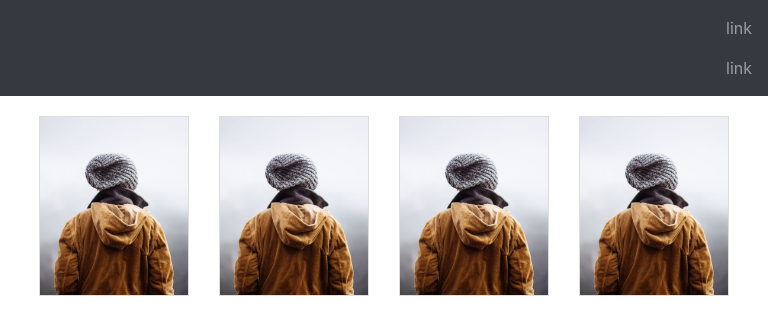
Repository: jwsimhj97/jwork_n
Page: JSPProject/WebContent/03-08/bootexam.html
An editor plug-in stored every save of this project. The page is shown before and after the next save, followed by the edit.
The browser window is 768 px wide. The pictures show the whole page.

Above is the page before, as saved 2022-03-08 06:48:50.

### JSPProject/WebContent/03-08/bootexam.html
<!DOCTYPE html>
<html lang="en">
<head>
  <title>Bootstrap Example</title>
  <meta charset="utf-8">
  <meta name="viewport" content="width=device-width, initial-scale=1">
  <link rel="stylesheet" href="https://cdn.jsdelivr.net/npm/bootstrap@4.6.1/dist/css/bootstrap.min.css">
  <link rel="stylesheet" href="https://use.fontawesome.com/releases/v5.7.0/css/all.css" integrity="sha384-lZN37f5QGtY3VHgisS14W3ExzMWZxybE1SJSEsQp9S+oqd12jhcu+A56Ebc1zFSJ" crossorigin="anonymous">
  <script src="https://cdn.jsdelivr.net/npm/jquery@3.5.1/dist/jquery.slim.min.js"></script>
  <script src="https://cdn.jsdelivr.net/npm/popper.js@1.16.1/dist/umd/popper.min.js"></script>
  <script src="https://cdn.jsdelivr.net/npm/bootstrap@4.6.1/dist/js/bootstrap.bundle.min.js"></script>
  <style>
  	.jumbotron{margin-bottom:0px !important;}
  	img{width:100%; margin-top:20px; border:1px solid #ddd;}
  	.smNav {-webkit-justify-content: space-between !important; justify-content: space-between !important;}
  	.subNav{-webkit-justify-content: flex-end; justify-content: flex-end;}

  	/*lg사이즈 보다 작을 때(미만)*/
  	@media screen and (max-width:992px){
  		#lgNav{display:none;}
  		#smNav{visibility:visible;}
  		.jumbotron{display:none;}
  		#smNav{display:none;}
  	}
  	/*lg사이즈 보다 클 때(이상)*/
  	@media screen and (min-width:992px){
  		#lgNav{visibility:visible;}
  		#smNav{display:none;}
  		#subNav{display:none;}
  	}
  </style>
</head>
<body>

<div class="jumbotron jumbotron-fluid">
  <div class="container">
    <h1>Bootstrap Tutorial</h1>
    <p>Bootstrap is the most popular HTML, CSS, and JS framework for developing responsive, mobile-first projects on the web.</p>
  </div>
</div>

<div id="lgNav">
	<nav class="lgNav navbar navbar-expand-sm bg-dark navbar-dark sticky-top">
	  <a class="navbar-brand" href="#">Logo</a>
	  <ul class="navbar-nav">
	    <li class="nav-item">
	      <a class="nav-link" href="#">link</a>
	    </li>
	    <li class="nav-item">
	      <a class="nav-link" href="#">link</a>
	    </li>
	  </ul>
	</nav>
</div>

<div id="smNav">
	<nav class="smNav navbar navbar-expand-sm bg-dark navbar-dark sticky-top">
	  <a class="navbar-brand" href="#">Logo</a>
	  <ul class="navbar-nav">
	    <li class="nav-item">
	      <a class="nav-link" href="#"><i class="fas fa-bars"></i></a>
	    </li>
	  </ul>
	</nav>
</div>

<div id="subNav">
	<nav class="subNav navbar bg-dark navbar-dark">
	  <ul class="navbar-nav">
	    <li class="nav-item">
	      <a class="nav-link" href="#">link</a>
	    </li>
	    <li class="nav-item">
	      <a class="nav-link" href="#">link</a>
	    </li>
	  </ul>
	</nav>
</div>


<div class="container">
  <div class="row">
    <div class="col-sm-3"><img src="img/img_girl.jpg"></div>
    <div class="col-sm-3"><img src="img/img_girl.jpg"></div>
    <div class="col-sm-3"><img src="img/img_girl.jpg"></div>
    <div class="col-sm-3"><img src="img/img_girl.jpg"></div>
  </div>
</div>


</body>
</html>

After the next save:
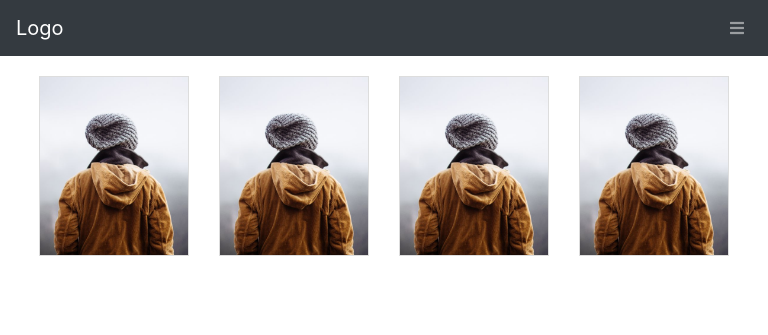
Saved 6 s later.
--- a/JSPProject/WebContent/03-08/bootexam.html
+++ b/JSPProject/WebContent/03-08/bootexam.html
@@ -20,7 +20,7 @@
   		#lgNav{display:none;}
   		#smNav{visibility:visible;}
   		.jumbotron{display:none;}
-  		#smNav{display:none;}
+  		#subNav{display:none;}
   	}
   	/*lg사이즈 보다 클 때(이상)*/
   	@media screen and (min-width:992px){
